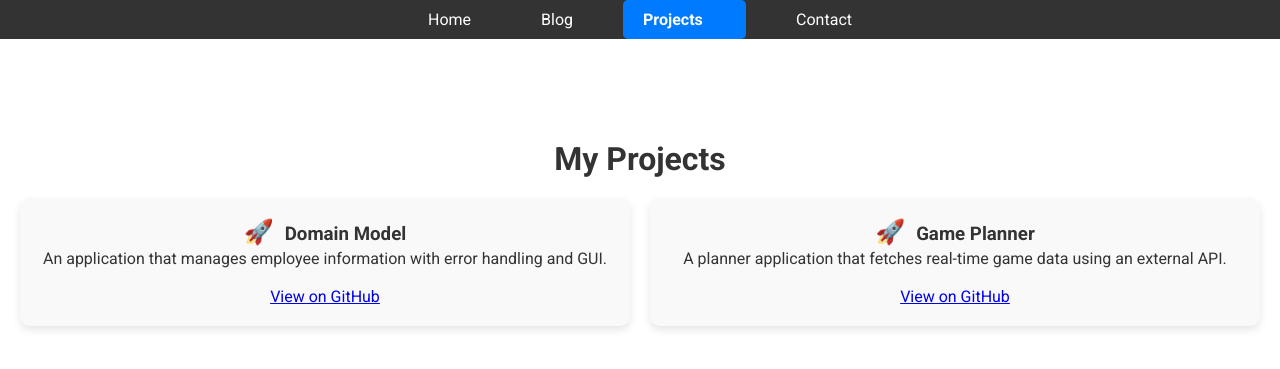
Repository: liwingy/cs5610_fall24_project1
Page: projects.html
An editor plug-in stored every save of this project. The page is shown before and after the next save, followed by the edit.
The browser window is 1280 px wide. The pictures show the whole page.

Above is the page before, as saved 2024-10-07 20:21:29.

After the next save:
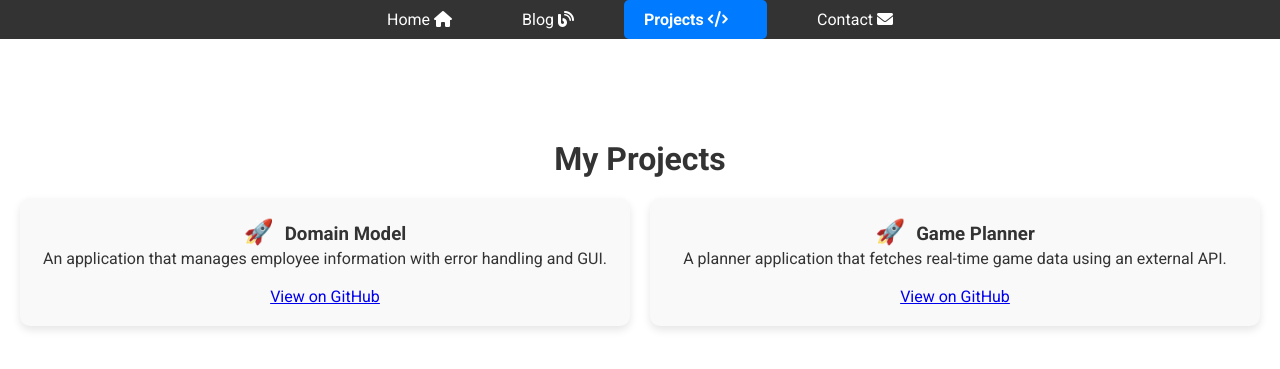
Saved 79 s later.
--- a/projects.html
+++ b/projects.html
@@ -5,6 +5,8 @@
     <meta name="viewport" content="width=device-width, initial-scale=1.0">
     <title>Wing Yee Li | Projects</title>
     <link rel="stylesheet" href="style.css">
+    <link rel="icon" href="./sources/favicon.ico" type="image/x-icon">
+    <link rel="stylesheet" href="https://cdnjs.cloudflare.com/ajax/libs/font-awesome/6.0.0-beta3/css/all.min.css">
 </head>
 <body>
     <nav>
